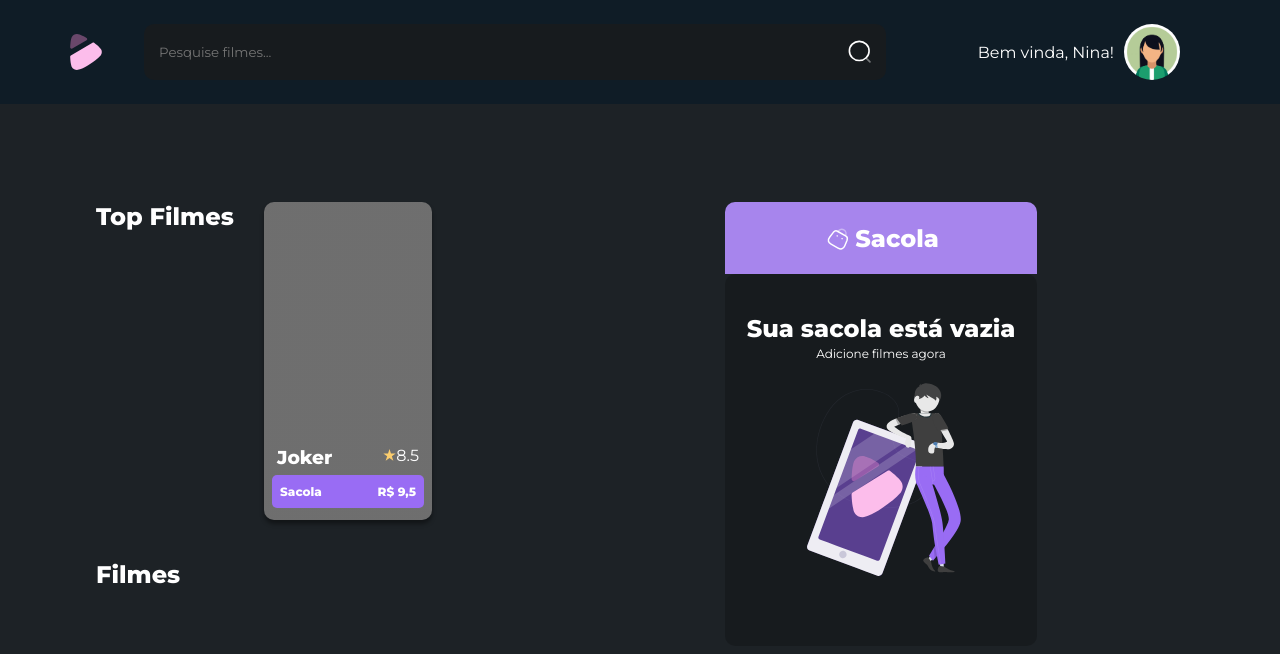
Repository: MilenaMelo/Cubos-Flix
Page: / (app in cubos-flix/)
An editor plug-in stored every save of this project. The page is shown before and after the next save, followed by the edit.
The browser window is 1280 px wide. The pictures show the whole page.
Pictures or frames that could not be fetched are drawn as grey boxes. The project was rebuilt for these pictures with package versions that can differ from the ones it lists, and the page was loaded fresh each time.

Above is the page before, as saved 2021-06-19 17:32:09.

After the next save:
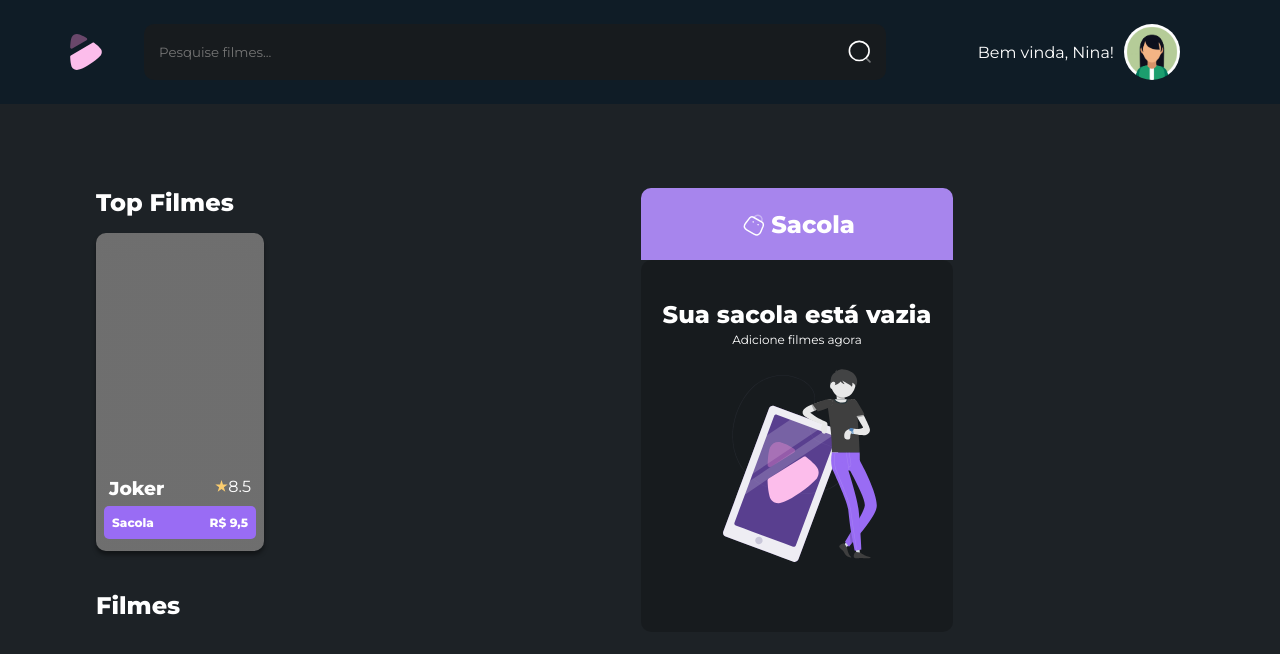
Saved 61 s later.
--- a/cubos-flix/src/App.js
+++ b/cubos-flix/src/App.js
@@ -11,9 +11,11 @@ function App() {
         <Navbar />
       </header>
       <section className="content">
-        <div className="movie-grid top-movies">
+        <div className="top-movies">
           <h1>Top Filmes</h1>
-          <Cards />
+          <div className="movie-grid">
+            <Cards />
+          </div>
         </div>
         <div className="all-movies">
           <h1>Filmes</h1>
